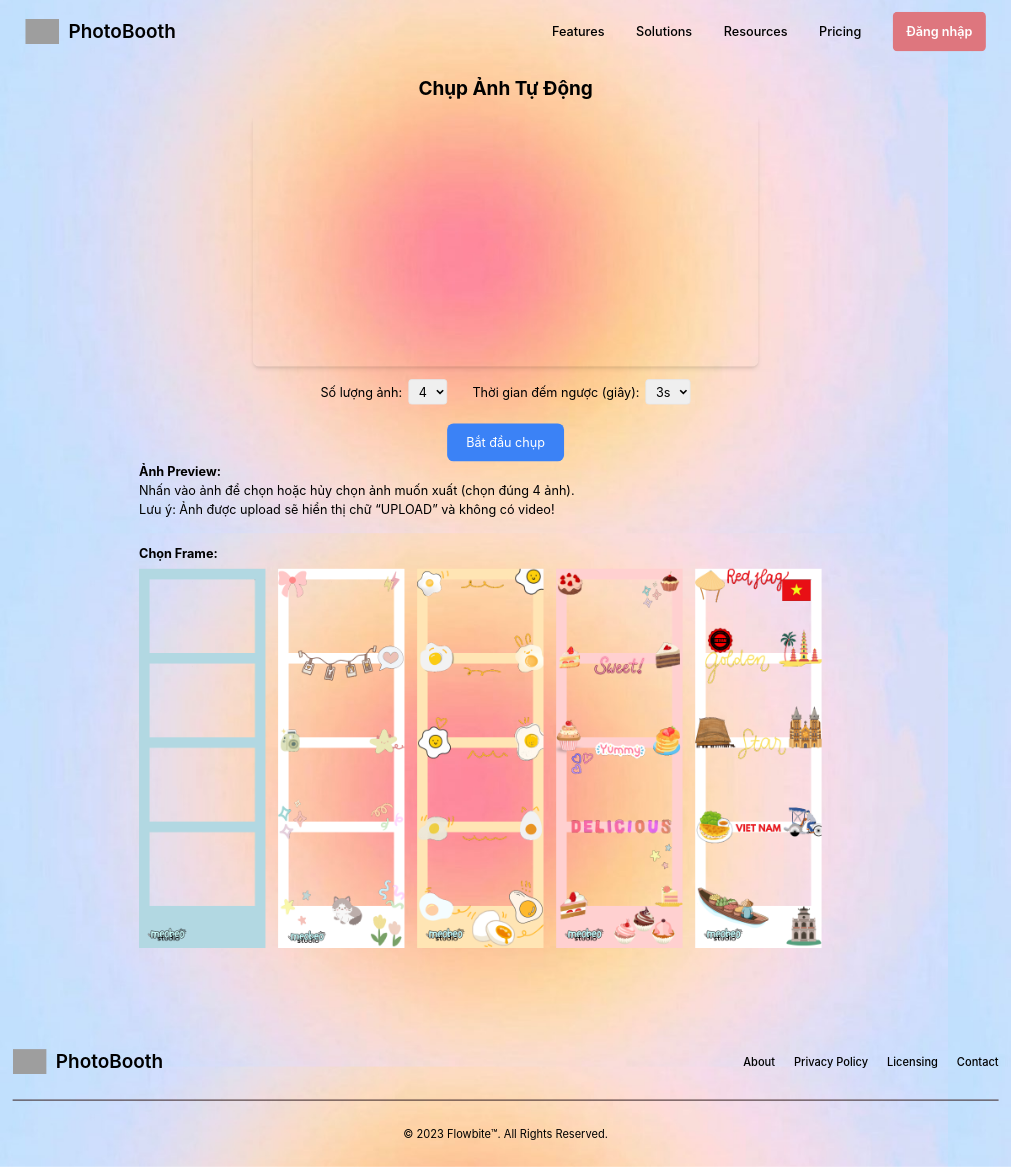
Repository: kontee809/photobooth_app
Page: /camera (app in photobooth-client/)
An editor plug-in stored every save of this project. The page is shown before and after the next save, followed by the edit.
The browser window is 1280 px wide. The pictures show the whole page, at 79% of full size.
Pictures or frames that could not be fetched are drawn as grey boxes. The page's requests for data from a server got no answer. The project was rebuilt for these pictures with package versions that can differ from the ones it lists, and the page was loaded fresh each time. No one was signed in, and anything a server would have sent is missing. Also part of the build but not shown: photobooth-client/src/component/Home.jsx, photobooth-client/src/component/RegisterForm.jsx, photobooth-client/src/component/LoginForm.jsx.

Above is the page before, as saved 2025-05-06 22:38:39.

### photobooth-client/src/App.jsx
import React from 'react';
import { BrowserRouter, Routes, Route } from 'react-router-dom';
import WebcamCapture from './component/Camera';
import Header from './component/Header';
import Home from './component/Home';
import Footer from './component/Footer';
import RegisterForm from './component/RegisterForm';
import LoginForm from './component/LoginForm';
import { AuthProvider } from './Context/AuthContext';  // Import AuthProvider
import backgroundImage from './assets/background.jpg';

export default function App() {
  return (
    <BrowserRouter>
      <AuthProvider> {/* Di chuyển AuthProvider ra ngoài Routes */}
        <div className="backdrop-blur-md min-h-screen" style={{backgroundImage: `url(${backgroundImage})`}}>
          <Header />

          <Routes>
            <Route path="/" element={<Home />} />
            <Route path="/camera" element={<WebcamCapture />} />
            <Route path='/sign-up' element={<RegisterForm />} />
            <Route path='/sign-in' element={<LoginForm />} />
          </Routes>

          <Footer />
        </div>
      </AuthProvider>
    </BrowserRouter>
  );
}

### photobooth-client/src/Context/AuthContext.jsx
import React, { createContext, useState, useEffect } from 'react';
import { useNavigate } from 'react-router-dom';
import { registerUser , loginUser } from '../api';

const AuthContext = createContext({});

const AuthProvider = ({ children }) => {
    const [token, setToken] = useState(localStorage.getItem('token'));
    const [user, setUser] = useState(null);
    const navigate = useNavigate();

    // useEffect(() => {
    //     if (token) {
    //         const getUser = async () => {
    //             const user = await fetchUserProfile(token);
    //             setUser(user);
    //         };
    //         getUser();
    //     }
    // }, [token]);
     const login = async (email, password) => {
    try {
        const response = await loginUser({ email, password });
        if (response?.access_token) {
            setToken(response.access_token);
            // Lưu token vào localStorage để sử dụng cho các lần truy cập sau
            localStorage.setItem('token', response.access_token);

            // // Lấy thông tin người dùng sau khi đăng nhập thành công
            // const userResponse = await fetchUserProfile(response.access_token);
            // setUser(userResponse);  // Cập nhật thông tin người dùng

            // Điều hướng đến trang profile
            navigate('/camera');
        }
    } catch (error) {
        console.error("Login error:", error);
        // Bạn có thể xử lý thêm các lỗi ở đây, chẳng hạn như thông báo lỗi đăng nhập
    }
};


    const register = async (user_name, email, password) => {
        // console.log({ "username": user_name, "email": email, "password": password  });
        await registerUser({ user_name, email, password });
        console.log({ user_name, email, password });
        navigate('/sign-in');  // Đảm bảo đường dẫn đúng là '/sign-up'
    };
    const logout = () => {
        setToken(null);
        setUser(null);
        localStorage.removeItem("token");
        navigate("/login");
};
    return (
        <AuthContext.Provider value={{ register, login, logout, user, setUser, token, setToken }}>
            {children}
        </AuthContext.Provider>
    );

}

export { AuthProvider, AuthContext };

### photobooth-client/src/component/Camera.jsx
import React, { useRef, useState } from 'react';
import Webcam from 'react-webcam';

import basicFrame from '../assets/basic-5.png'; // Import ảnh vào
import cute1Frame from '../assets/cute-1.png'; // Import ảnh vào
import cute5Frame from '../assets/cute-5.png'; // Import ảnh vào
import cute7Frame from '../assets/cute-7.png';
import vietnamFrame from '../assets/vietnam-1.png'; // Import ảnh vào

const WebcamCapture = () => {
  const webcamRef = useRef(null);
  const [countdown, setCountdown] = useState(0);
  const [numPhotos, setNumPhotos] = useState(4);
  const [delay, setDelay] = useState(3);
  const [photos, setPhotos] = useState([]);
  const [isCapturing, setIsCapturing] = useState(false);
  const [selectedPhotos, setSelectedPhotos] = useState([]);
  const [selectedFrame, setSelectedFrame] = useState(null);
  const [mergedImage, setMergedImage] = useState(null);

  const videoConstraints = {
    width: 640,
    height: 480,
    facingMode: 'user'
  };

  const capturePhotos = async () => {
    if (!webcamRef.current) return;
    setPhotos([]);
    setSelectedPhotos([]);
    setMergedImage(null);
    setIsCapturing(true);

    for (let i = 0; i < numPhotos; i++) {
      await startCountdown(delay);

      const imageSrc = webcamRef.current.getScreenshot();
      if (imageSrc) {
        setPhotos(prev => [...prev, imageSrc]);
      }
    }

    setIsCapturing(false);
  };

  const startCountdown = (seconds) => {
    return new Promise((resolve) => {
      let counter = seconds;
      setCountdown(counter);

      const interval = setInterval(() => {
        counter -= 1;
        setCountdown(counter);

        if (counter === 0) {
          clearInterval(interval);
          setCountdown(0);
          resolve();
        }
      }, 1000);
    });
  };

  const togglePhotoSelect = (photo) => {
    setSelectedPhotos(prev => {
      if (prev.includes(photo)) {
        return prev.filter(p => p !== photo);
      } else {
        if (prev.length < 4) {
          return [...prev, photo];
        } else {
          alert("Bạn chỉ được chọn tối đa 4 ảnh!");
          return prev;
        }
      }
    });
  };

  const mergePhotosWithFrame = async () => {
    if (!selectedFrame) return;

    const canvas = document.createElement('canvas');
    const ctx = canvas.getContext('2d');

    if (!ctx) return;

    const frameWidth = 250;
    const frameHeight = 800;
    canvas.width = frameWidth;
    canvas.height = frameHeight;

    // Fill nền trắng trước
    ctx.fillStyle = "white";
    ctx.fillRect(0, 0, frameWidth, frameHeight);

    const frameImg = new Image();
    frameImg.crossOrigin = "anonymous";
    frameImg.src = selectedFrame;

    // Load tất cả ảnh user chọn
    const loadImages = selectedPhotos.map(src => {
      return new Promise((resolve) => {
        const img = new Image();
        img.crossOrigin = "anonymous";
        img.src = src;
        img.onload = () => resolve(img);
      });
    });

    const loadedPhotos = await Promise.all(loadImages);

    // Vị trí và kích thước ảnh
    const photoPositions = [
      { x: 21, y: 20, width: 208, height: 158 },  // Ảnh 1
      { x: 21, y: 200, width: 208, height: 158 }, // Ảnh 2
      { x: 21, y: 378, width: 208, height: 158 }, // Ảnh 3
      { x: 21, y: 555, width: 208, height: 158 }, // Ảnh 4
    ];

    // Vẽ từng ảnh vào đúng vị trí
    loadedPhotos.forEach((img, index) => {
      const pos = photoPositions[index];
      ctx.drawImage(img, pos.x, pos.y, pos.width, pos.height);
    });

    // Khi Frame load xong thì vẽ Frame lên cuối cùng
    frameImg.onload = () => {
      ctx.drawImage(frameImg, 0, 0, frameWidth, frameHeight);
      const merged = canvas.toDataURL('image/jpeg');
      setMergedImage(merged);
    };
  };


  return (
    <div className="text-center p-4">
      <h2 className="text-2xl font-bold mb-4">Chụp Ảnh Tự Động</h2>

      <Webcam
        audio={false}
        height={480}
        ref={webcamRef}
        screenshotFormat="image/jpeg"
        width={640}
        videoConstraints={videoConstraints}
        className="rounded-lg shadow-md mx-auto"
      />

      {countdown > 0 && (
        <div className="text-4xl font-bold mt-4 text-red-500">{countdown}</div>
      )}

      <div className="mt-4">
        <label className="mr-2">Số lượng ảnh:</label>
        <select
          value={numPhotos}
          onChange={(e) => setNumPhotos(parseInt(e.target.value))}
          className="border rounded px-2 py-1 mr-4"
        >
          <option value={2}>2</option>
          <option value={4}>4</option>
          <option value={6}>6</option>
        </select>

        <label className="mr-2 ml-4">Thời gian đếm ngược (giây):</label>
        <select
          value={delay}
          onChange={(e) => setDelay(parseInt(e.target.value))}
          className="border rounded px-2 py-1"
        >
          <option value={1}>1s</option>
          <option value={3}>3s</option>
          <option value={5}>5s</option>
        </select>
      </div>

      <button
        onClick={capturePhotos}
        className={`mt-6 px-6 py-3 rounded-lg text-white ${isCapturing ? 'bg-gray-400' : 'bg-blue-500 hover:bg-blue-600'}`}
        disabled={isCapturing}
      >
        {isCapturing ? "Đang chụp..." : "Bắt đầu chụp"}
      </button>

      <div className='ml-40 text-left'>
        <div>
          <b>Ảnh Preview:</b>
          <p>Nhấn vào ảnh để chọn hoặc hủy chọn ảnh muốn xuất (chọn đúng 4 ảnh).</p>
          <p>Lưu ý: Ảnh được upload sẽ hiển thị chữ “UPLOAD” và không có video!</p>
        </div>

        {photos.length > 0 && (
          <div className="mt-8 grid grid-cols-2 md:grid-cols-8 gap-2">
            {photos.map((photo, idx) => {
              const isSelected = selectedPhotos.includes(photo);
              return (
                <div key={idx}>
                  <img
                    src={photo}
                    alt={`Photo ${idx + 1}`}
                    className={`object-cover h-40 cursor-pointer hover:opacity-75 border-4 ${isSelected ? 'border-blue-500' : 'border-transparent'}`}
                    onClick={() => togglePhotoSelect(photo)}
                  />
                </div>
              );
            })}
          </div>
        )}

        <div className="mt-8">
          <b>Chọn Frame:</b>
          <div className="flex gap-4 mt-2">
            <img
              src={basicFrame}
              alt="Frame"
              className={`w-40 h-full object-cover cursor-pointer ${selectedFrame === basicFrame ? 'border-4 border-green-500' : 'border-transparent'}`}
              onClick={() => setSelectedFrame(basicFrame)}
              onError={(e) => console.error('Error loading image:', e.target.src)}
            />

            <img
              src={cute1Frame}
              alt="Frame"
              className={`w-40 h-full object-cover cursor-pointer ${selectedFrame === cute1Frame ? 'border-4 border-green-500' : 'border-transparent'}`}
              onClick={() => setSelectedFrame(cute1Frame)}
              onError={(e) => console.error('Error loading image:', e.target.src)}
            />

            <img
              src={cute5Frame}
              alt="Frame"
              className={`w-40 h-full object-cover cursor-pointer ${selectedFrame === cute5Frame ? 'border-4 border-green-500' : 'border-transparent'}`}
              onClick={() => setSelectedFrame(cute5Frame)}
              onError={(e) => console.error('Error loading image:', e.target.src)}
            />


            <img
              src={cute7Frame}
              alt="Frame"
              className={`w-40 h-full object-cover cursor-pointer ${selectedFrame === cute7Frame ? 'border-4 border-green-500' : 'border-transparent'}`}
              onClick={() => setSelectedFrame(cute7Frame)}
              onError={(e) => console.error('Error loading image:', e.target.src)}
            />

            <img
              src={vietnamFrame}
              alt="Frame"
              className={`w-40 h-full object-cover cursor-pointer ${selectedFrame === vietnamFrame ? 'border-4 border-green-500' : 'border-transparent'}`}
              onClick={() => setSelectedFrame(vietnamFrame)}
              onError={(e) => console.error('Error loading image:', e.target.src)}
            />
            {/* Bạn có thể thêm nhiều frame khác ở đây */}
          </div>
        </div>

        {selectedPhotos.length === 4 && selectedFrame && (
          <button
            onClick={mergePhotosWithFrame}
            className="mt-6 px-6 py-3 rounded-lg text-white bg-green-500 hover:bg-green-600"
          >
            Ghép ảnh
          </button>
        )}
      </div>

      {mergedImage && (
          <div className="mt-8">
            <h2 className="text-2xl font-bold mb-4">Ảnh đã ghép:</h2>
            <img src={mergedImage} alt="Merged" className="mx-auto rounded-lg shadow-lg" />
            <a
              href={mergedImage}
              download="photo-merged.jpg"
              className="block mt-4 text-white bg-blue-500 hover:bg-blue-600 px-4 py-2 rounded"
            >
              Tải về
            </a>
          </div>
        )}

    </div>
  );
};

export default WebcamCapture;

### photobooth-client/src/component/Header.jsx
import React from 'react'
import cameraIcon from '../assets/camera-icon.png';
import { useContext } from 'react';
import { AuthContext } from '../Context/AuthContext';

export default function Header() {
    const { token, logout } = useContext(AuthContext);
  return (
   <header class="pb-6 lg:pb-0">
    <div class="px-4 mx-auto max-w-7xl sm:px-6 lg:px-8">
        {/* <!-- lg+ --> */}
        <nav class="flex items-center justify-between h-16 lg:h-20">
            <div class="flex-shrink-0">
            <a href="#" class="flex items-center mb-4 sm:mb-0 space-x-3 rtl:space-x-reverse">
                <img src="https://flowbite.com/docs/images/logo.svg" class="h-8" alt="Flowbite Logo" />
                <span class="self-center text-2xl font-semibold whitespace-nowrap dark:text-black">PhotoBooth</span>
            </a>
            </div>

            <button type="button" class="inline-flex p-2 text-black transition-all duration-200 rounded-md lg:hidden focus:bg-gray-100 hover:bg-gray-100">
                {/* <!-- Menu open: "hidden", Menu closed: "block" --> */}
                <svg class="block w-6 h-6" xmlns="http://www.w3.org/2000/svg" fill="none" viewBox="0 0 24 24" stroke="currentColor">
                    <path stroke-linecap="round" stroke-linejoin="round" stroke-width="2" d="M4 8h16M4 16h16" />
                </svg>

                {/* <!-- Menu open: "block", Menu closed: "hidden" --> */}
                <svg class="hidden w-6 h-6" xmlns="http://www.w3.org/2000/svg" fill="none" viewBox="0 0 24 24" stroke="currentColor">
                    <path stroke-linecap="round" stroke-linejoin="round" stroke-width="2" d="M6 18L18 6M6 6l12 12" />
                </svg>
            </button>

            <div class="hidden lg:flex lg:items-center lg:ml-auto lg:space-x-10">
                <a href="#" title="" class="text-base font-medium text-black transition-all duration-200 hover:text-[#c63e81] focus:text-[#c63e81]"> Features </a>

                <a href="#" title="" class="text-base font-medium text-black transition-all duration-200 hover:text-[#c63e81] focus:text-[#c63e81]"> Solutions </a>

                <a href="#" title="" class="text-base font-medium text-black transition-all duration-200 hover:text-[#c63e81] focus:text-[#c63e81]"> Resources </a>

                <a href="#" title="" class="text-base font-medium text-black transition-all duration-200 hover:text-[#c63e81] focus:text-[#c63e81]"> Pricing </a>
            </div>
            {
                token?(
                    <button  onClick={logout} title="" class="items-center justify-center hidden px-4 py-3 ml-10 text-base font-semibold text-white transition-all duration-200 bg-[#de767e] border border-transparent rounded-md lg:inline-flex hover:bg-[#c63e81] focus:bg-[#c63e81]" role="button"> Đăng xuất </button>

                ) : (
                    <a href="/sign-in" title="" class="items-center justify-center hidden px-4 py-3 ml-10 text-base font-semibold text-white transition-all duration-200 bg-[#de767e] border border-transparent rounded-md lg:inline-flex hover:bg-[#c63e81] focus:bg-[#c63e81]" role="button"> Đăng nhập </a>

                )
            }
        </nav>
    </div>
</header>
  )
}

### photobooth-client/src/component/Footer.jsx
import React from 'react'

export default function() {
  return (


<footer class="mt-20">
    <div class="w-full max-w-screen-xl mx-auto p-4 md:py-8">
        <div class="sm:flex sm:items-center sm:justify-between">
            <a href="#" class="flex items-center mb-4 sm:mb-0 space-x-3 rtl:space-x-reverse">
                <img src="https://flowbite.com/docs/images/logo.svg" class="h-8" alt="Flowbite Logo" />
                <span class="self-center text-2xl font-semibold whitespace-nowrap dark:text-black">PhotoBooth</span>
            </a>
            <ul class="flex flex-wrap items-center mb-6 text-sm font-medium text-black sm:mb-0 dark:text-black">
                <li>
                    <a href="#" class="hover:underline hover:text-[#c63e81] focus:text-[#c63e81] me-4 md:me-6">About</a>
                </li>
                <li>
                    <a href="#" class="hover:underline hover:text-[#c63e81] focus:text-[#c63e81] me-4 md:me-6">Privacy Policy</a>
                </li>
                <li>
                    <a href="#" class="hover:underline hover:text-[#c63e81] focus:text-[#c63e81] me-4 md:me-6">Licensing</a>
                </li>
                <li>
                    <a href="#" class="hover:underline hover:text-[#c63e81] focus:text-[#c63e81]">Contact</a>
                </li>
            </ul>
        </div>
        <hr class="my-6 border-black sm:mx-auto bg-[#ffadb1]/60 lg:my-8" />
        <span class="block text-sm text-black sm:text-center dark:text-black">© 2023 <a href="https://flowbite.com/" class="hover:underline">Flowbite™</a>. All Rights Reserved.</span>
    </div>
</footer>


  )
}

### photobooth-client/src/api.js
import React from "react";
import axios from "axios";

const API_URL = "http://127.0.0.1:5000";


const loginUser = async (credentials) => {
  try {
    const response = await axios.post(`${API_URL}/login`, credentials, {
      headers: {
        "Content-Type": "application/json",
      },
    });
    // // Lưu token vào localStorage (hoặc nơi bạn quản lý auth)
    // const { token } = response.data;
    // localStorage.setItem("token", token);

    return response.data;
  } catch (error) {
    console.error("Login error:", error);
    throw error;
  }
};

const registerUser = async (userData) => {
  // console.log(userData);

  try {
    await axios.post(`${API_URL}/register`, userData, {
      headers: {
        "Content-Type": "application/json",
      },
    });
  } catch (error) {
    console.error("Registration error:", error);
    throw error;
  }
};

export { registerUser , loginUser };

Loaded but not shown: photobooth-client/public/index.html (common file); photobooth-client/src/index.js (common file); photobooth-client/src/index.css (common file); photobooth-client/tailwind.config.js (common file)

After the next save:
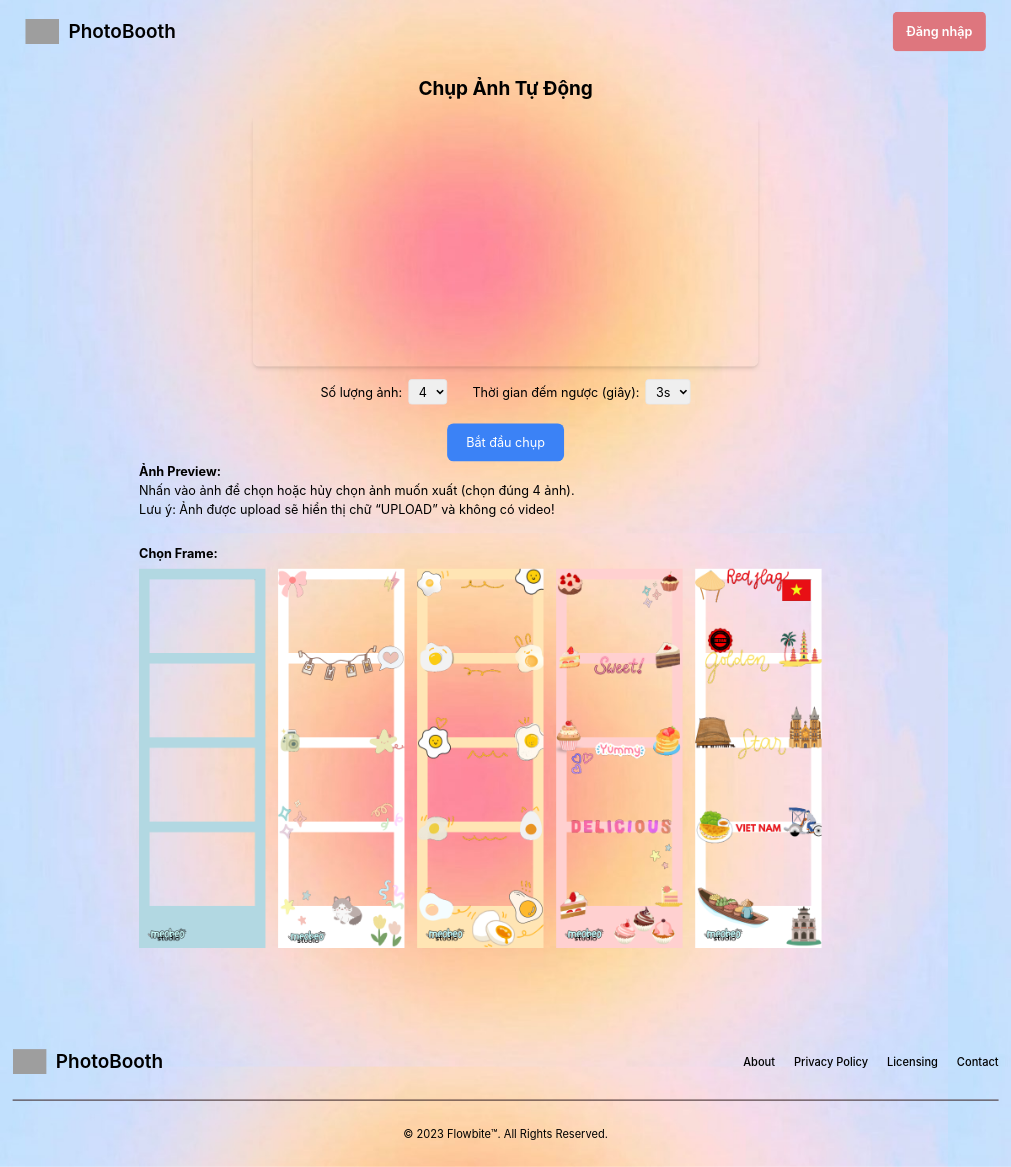
Saved 4 s later.
--- a/photobooth-client/src/component/Header.jsx
+++ b/photobooth-client/src/component/Header.jsx
@@ -29,15 +29,7 @@ export default function Header() {
                 </svg>
             </button>
 
-            <div class="hidden lg:flex lg:items-center lg:ml-auto lg:space-x-10">
-                <a href="#" title="" class="text-base font-medium text-black transition-all duration-200 hover:text-[#c63e81] focus:text-[#c63e81]"> Features </a>
 
-                <a href="#" title="" class="text-base font-medium text-black transition-all duration-200 hover:text-[#c63e81] focus:text-[#c63e81]"> Solutions </a>
-
-                <a href="#" title="" class="text-base font-medium text-black transition-all duration-200 hover:text-[#c63e81] focus:text-[#c63e81]"> Resources </a>
-
-                <a href="#" title="" class="text-base font-medium text-black transition-all duration-200 hover:text-[#c63e81] focus:text-[#c63e81]"> Pricing </a>
-            </div>
             {
                 token?(
                     <button  onClick={logout} title="" class="items-center justify-center hidden px-4 py-3 ml-10 text-base font-semibold text-white transition-all duration-200 bg-[#de767e] border border-transparent rounded-md lg:inline-flex hover:bg-[#c63e81] focus:bg-[#c63e81]" role="button"> Đăng xuất </button>
